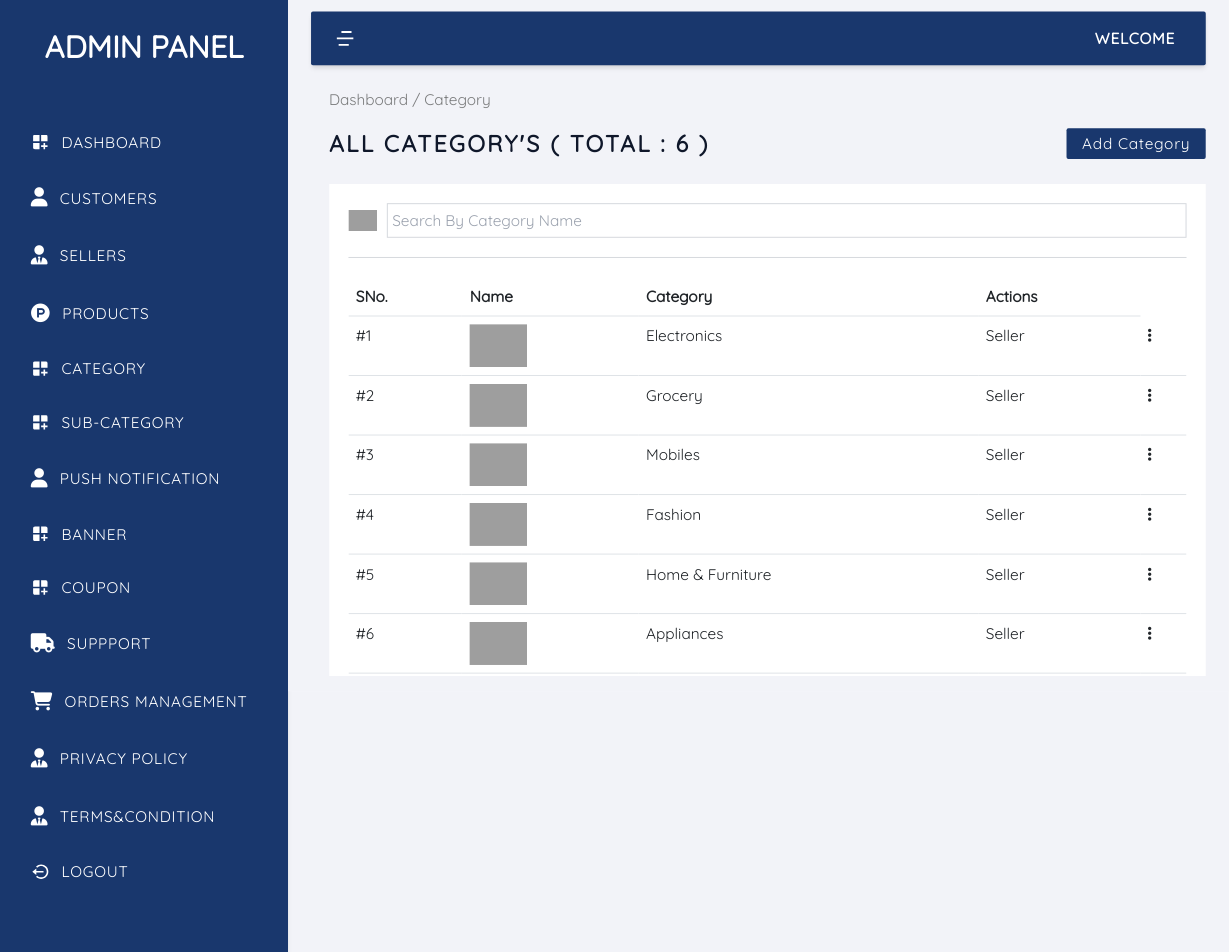
Repository: shishpal2000/admin.aschpro
Page: /Category
The author's editor kept a copy of each file at every save. The page is drawn from the files as they stood at one save, then again after the next save.
The browser window is 1280 px wide. The pictures show the whole page, at 96% of full size.
Pictures or frames that could not be fetched are drawn as grey boxes. An inner scrolling area shows only its first screen. Some web libraries are served in a nearby version. The project was rebuilt for these pictures with package versions that can differ from the ones it lists, and the page was loaded fresh each time. Also part of the build but not shown: src/E-CommerceAdmin/forms/Login.jsx, src/E-CommerceAdmin/pages/Dashboard.jsx, src/E-CommerceAdmin/pages/EProduct.js, src/E-CommerceAdmin/pages/EVendorList.js, src/E-CommerceAdmin/pages/EAdminOrders.js, src/E-CommerceAdmin/pages/EAdminDelivery.js, src/E-CommerceAdmin/pages/EAdminCustomer.js, src/E-CommerceAdmin/pages/ESubCategory.js and 6 more. Imported but missing from the stored project, and not drawn on this page: src/E-CommerceAdmin/pages/Complaints, src/E-CommerceAdmin/pages/Component/SpinnerComp, src/E-CommerceAdmin/pages/EAdmin, src/E-CommerceAdmin/pages/EAdminProduct, src/E-CommerceAdmin/pages/ESingleProduct, src/E-CommerceAdmin/pages/GetMeThis, src/E-CommerceAdmin/pages/HelpSupport.

Above is the page before, as saved 2023-06-28 16:45:46.

After the next save:
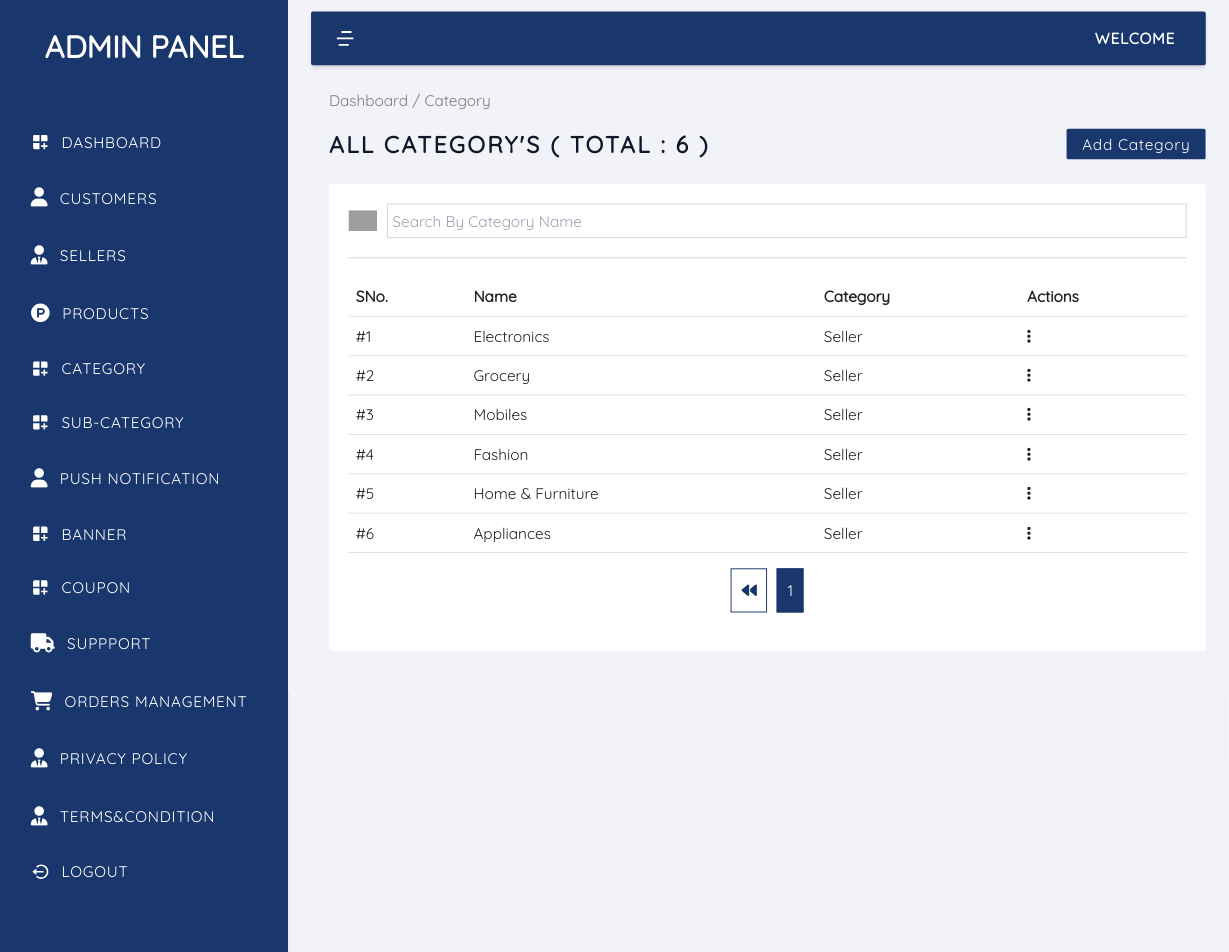
Saved 6 s later.
--- a/src/E-CommerceAdmin/pages/ECategory.js
+++ b/src/E-CommerceAdmin/pages/ECategory.js
@@ -175,9 +175,6 @@
                     {slicedData?.map((i, index) => (
                       <tr key={index}>
                         <td>#{index + 1} </td>
-                        <td>
-                          <img src={i.img} alt="" style={{ width: "60px" }} />
-                        </td>
                         <td>{i.name} </td>
                         <td> Seller</td>
 
